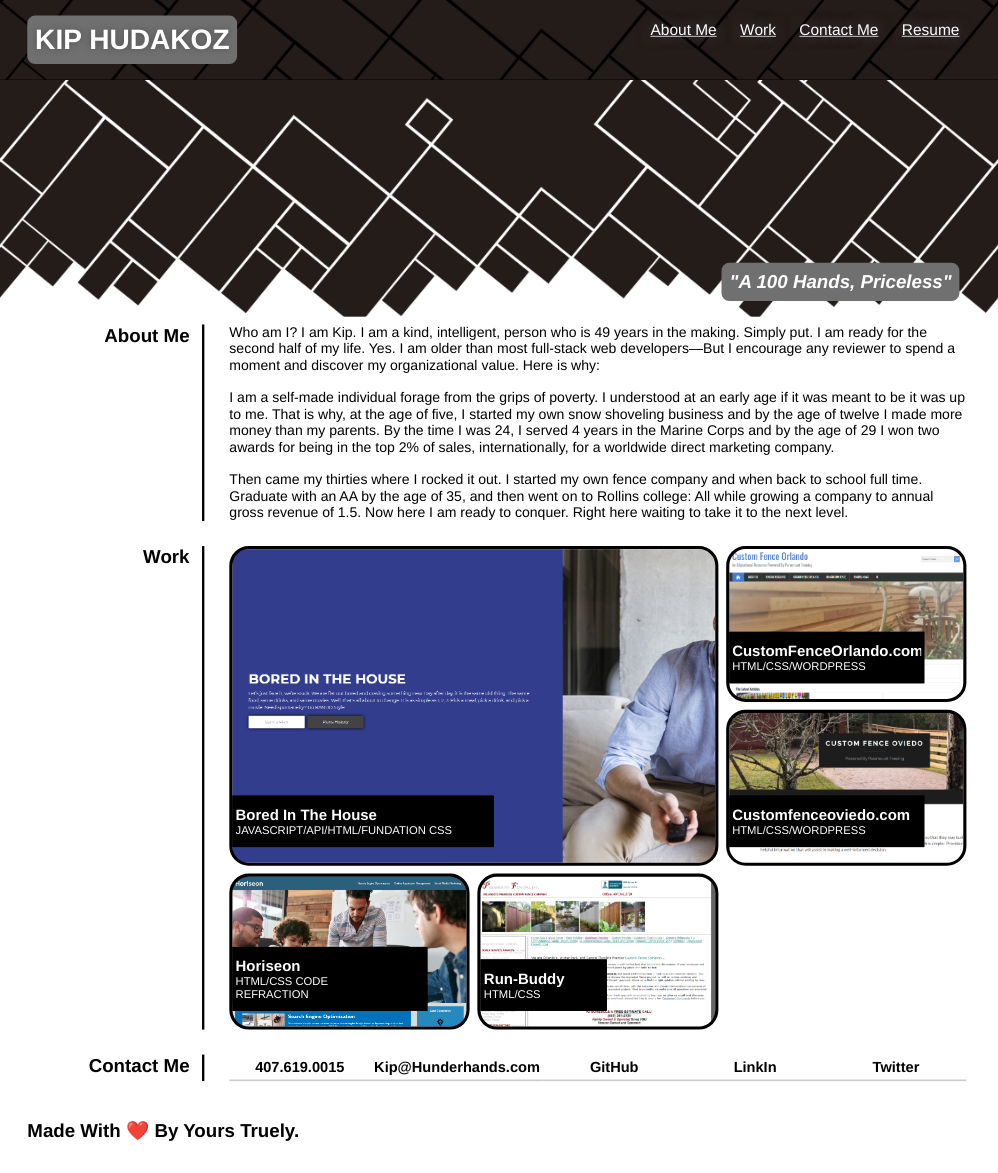
Repository: KHudaKoz/myportfolio
Page: index.html
An editor plug-in stored every save of this project. The page is shown before and after a run of saves, followed by the edit.
The browser window is 1280 px wide. The pictures show the whole page, at 78% of full size.
Pictures or frames that could not be fetched are drawn as grey boxes. Backgrounds fixed to the window are drawn as part of the page.

Above is the page before, as saved 2021-02-13 20:30:40.

After the next 2 saves:
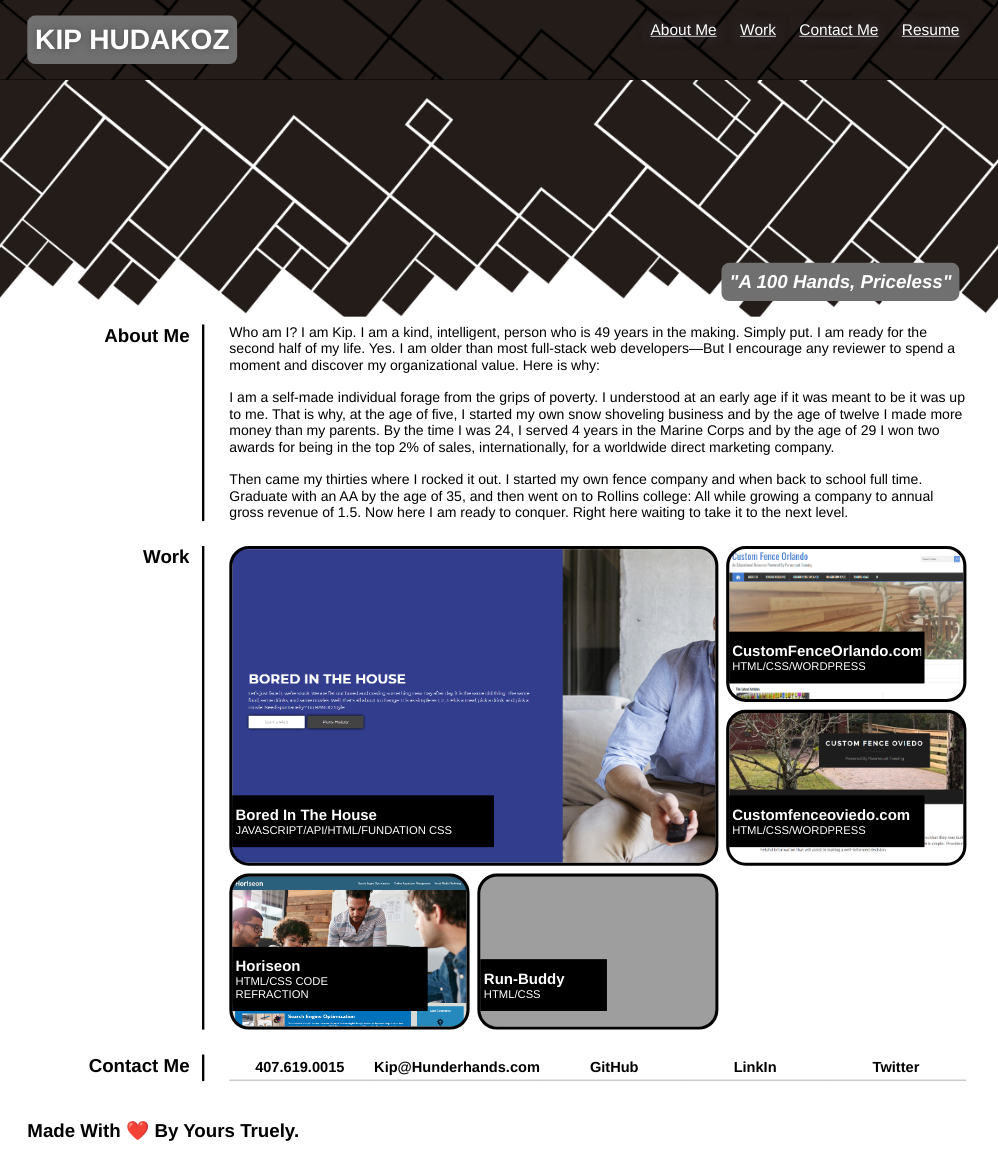
The 2 saves are shown as one change because they came seconds apart.
The last was saved 30 s later.
--- a/assets/css/style.css
+++ b/assets/css/style.css
@@ -248,7 +248,7 @@ color: var(--secondary-color);
   }
 
 .nested-item-5 {
-  background-image: url("../images/pfi1.png");
+  background-image: url("../images/r");
   background-size: cover;
   }
 
